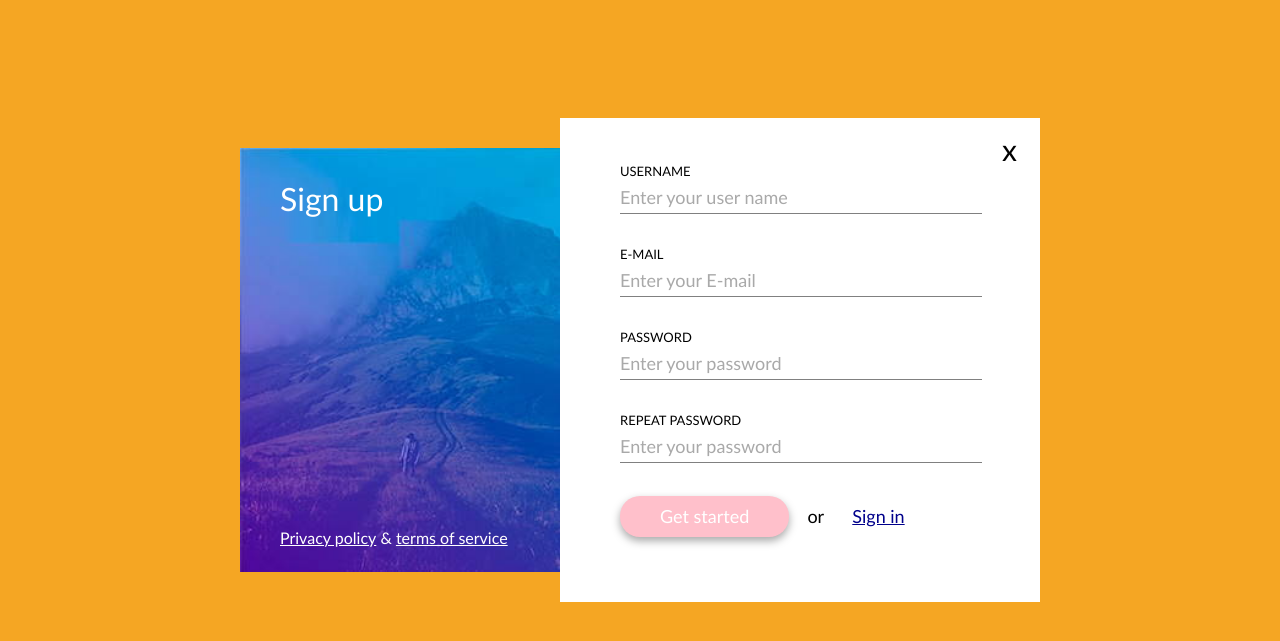
Repository: RugileG/registracijos-forma
Page: index.html
These files come from the project's save history. The page is drawn as it stood at one moment and after the next save; the edit follows.
The browser window is 1280 px wide. The pictures show the whole page.

Above is the page before, as saved 2021-05-19 12:22:26.

After the next save:
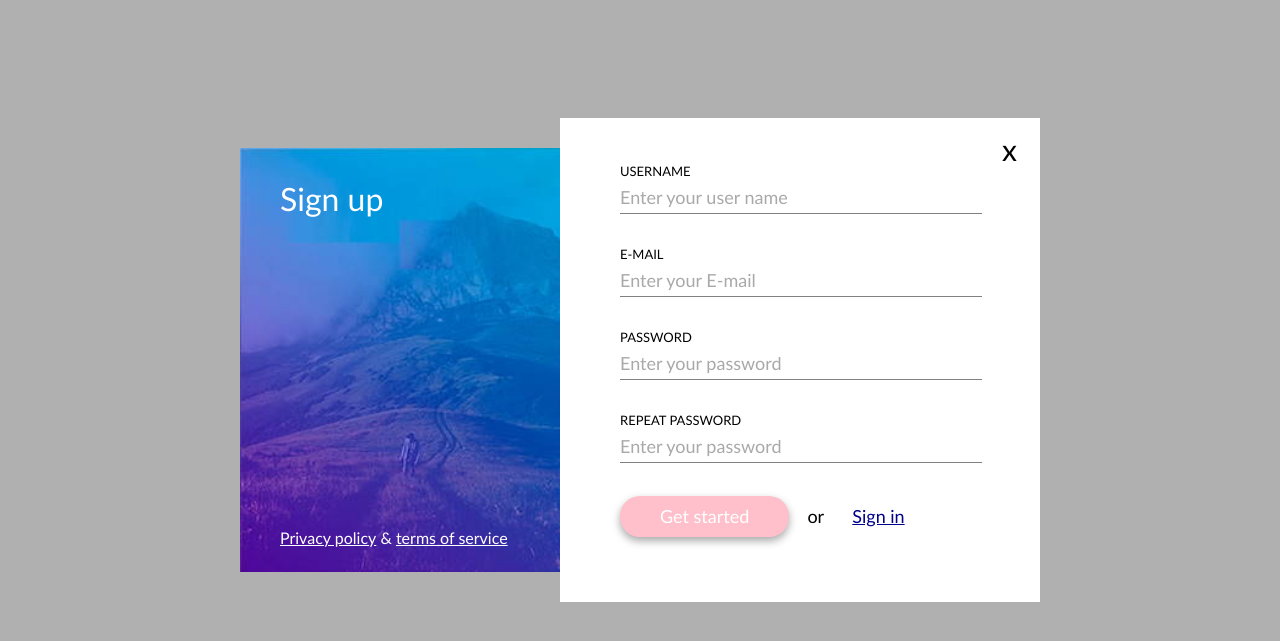
Saved 4 s later.
--- a/index.html
+++ b/index.html
@@ -16,7 +16,7 @@
             min-height: 100%;
             margin: 0 auto;
             position: relative;
-            background-color: #f5a623;
+            background-color: #0000004f;
             font: normal normal normal 16px/19px Gill Sans MT;
         }
 
